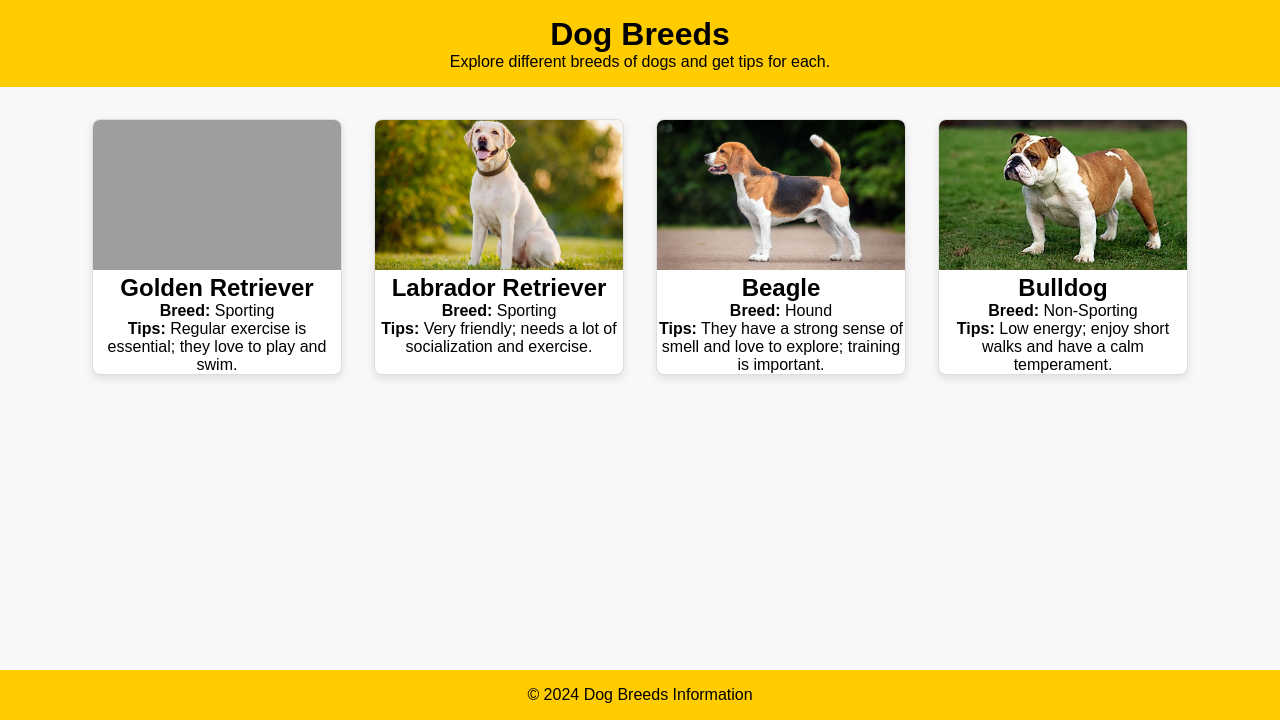
Repository: SHAHZADcodr/pet_care
Page: pages/dog.html
The author's editor kept a copy of each file at every save. The page is drawn from the files as they stood at one save, then again after a run of saves.
The browser window is 1280 px wide. The pictures show the whole page.
Pictures or frames that could not be fetched are drawn as grey boxes.

Above is the page before, as saved 2024-11-04 22:18:09.

### pages/dog.html
<!DOCTYPE html>
<html lang="en">
<head>
    <meta charset="UTF-8">
    <meta name="viewport" content="width=device-width, initial-scale=1.0">
    <title>Dog Breeds</title>
    <link rel="stylesheet" href="dog.css"> <!-- Link to your CSS file -->
</head>
<body>
    <header>
        <h1>Dog Breeds</h1>
        <p>Explore different breeds of dogs and get tips for each.</p>
    </header>
    <main class="dog-breeds">
        <div class="dog-card">
            <img src="images/golden_retriever.jpg" alt="Golden Retriever">
            <h2>Golden Retriever</h2>
            <p><strong>Breed:</strong> Sporting</p>
            <p><strong>Tips:</strong> Regular exercise is essential; they love to play and swim.</p>
        </div>
        <div class="dog-card">
            <img src="images/labrador.jpg" alt="Labrador Retriever">
            <h2>Labrador Retriever</h2>
            <p><strong>Breed:</strong> Sporting</p>
            <p><strong>Tips:</strong> Very friendly; needs a lot of socialization and exercise.</p>
        </div>
        <div class="dog-card">
            <img src="images/beagle.jpg" alt="Beagle">
            <h2>Beagle</h2>
            <p><strong>Breed:</strong> Hound</p>
            <p><strong>Tips:</strong> They have a strong sense of smell and love to explore; training is important.</p>
        </div>
        <div class="dog-card">
            <img src="images/bulldog.jpg" alt="Bulldog">
            <h2>Bulldog</h2>
            <p><strong>Breed:</strong> Non-Sporting</p>
            <p><strong>Tips:</strong> Low energy; enjoy short walks and have a calm temperament.</p>
        </div>
        <!-- Add more dog cards as needed -->
    </main>
    <footer>
        <p>&copy; 2024 Dog Breeds Information</p>
    </footer>
</body>
</html>

### pages/dog.css
/* General Reset */
* {
    margin: 0;
    padding: 0;
    box-sizing: border-box;
}

/* Basic Layout */
body {
    font-family: Arial, sans-serif;
    display: flex;
    flex-direction: column;
    min-height: 100vh;
    background-color: #f8f8f8;
}

header {
    background-color: #ffcc00;
    padding: 1rem;
    text-align: center;
}

.dog-breeds {
    display: flex;
    flex-wrap: wrap;
    justify-content: center;
    padding: 1rem;
}

.dog-card {
    background-color: #fff;
    border: 1px solid #ddd;
    border-radius: 8px;
    box-shadow: 0 4px 8px rgba(0, 0, 0, 0.1);
    margin: 1rem;
    width: 250px; /* Fixed width for dog cards */
    text-align: center;
    overflow: hidden;
    transition: transform 0.2s;
}

.dog-card:hover {
    transform: scale(1.05); /* Slightly enlarge on hover */
}

.dog-card img {
    width: 100%;
    height: 150px; /* Set fixed height for images */
    object-fit: cover; /* Maintain aspect ratio */
}

footer {
    background-color: #ffcc00;
    text-align: center;
    padding: 1rem;
    margin-top: auto;
}

After the next 2 saves:
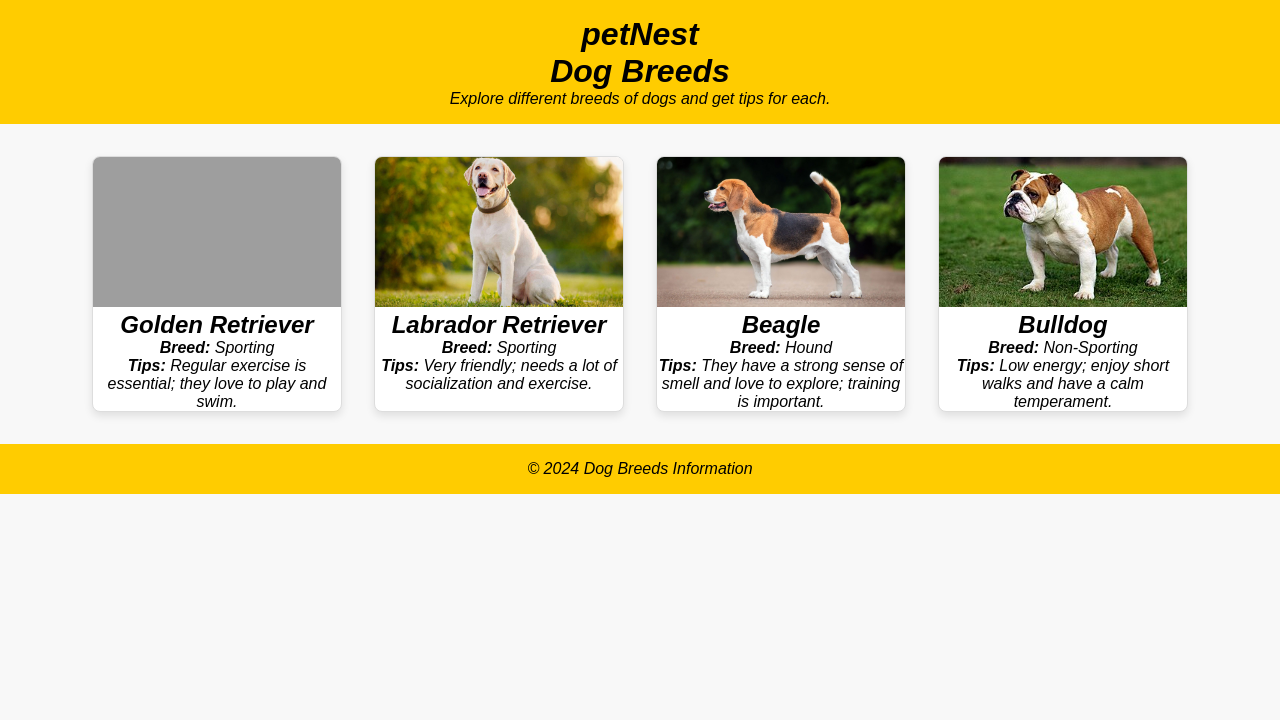
The 2 saves are shown as one change because they came seconds apart.
The last was saved 11 s later.
--- a/pages/dog.html
+++ b/pages/dog.html
@@ -8,6 +8,8 @@
 </head>
 <body>
     <header>
+        <h1 id="webName"><i><strong>petNest</strong></
+            i></h1>
         <h1>Dog Breeds</h1>
         <p>Explore different breeds of dogs and get tips for each.</p>
     </header>
